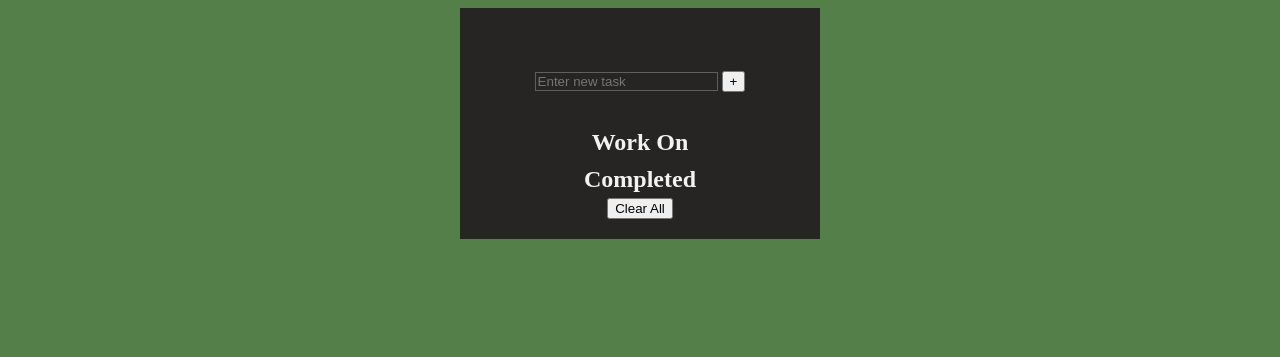
Repository: Kayla-amr/dgm_3760
Page: todoTemplate-W2/index.html
These files come from the project's save history. The page is drawn as it stood at one moment and after a run of saves; the edit follows.
The browser window is 1280 px wide. The pictures show the whole page.

Above is the page before, as saved 2022-11-08 13:07:16.
Console error: SyntaxError: Unexpected token '.'

### todoTemplate-W2/index.html
<!DOCTYPE html>
<html lang="en">

<head>
    <meta charset="UTF-8">
    <meta http-equiv="X-UA-Compatible" content="IE=edge">
    <meta name="viewport" content="width=device-width, initial-scale=1.0">
    <link rel="stylesheet" href="styles.css">
    <title>Basic Todo App</title>
</head>

<body>
    <main>
        <div class="taskForm">
            <h1 class="formTitle"></h1>
            <div>
                <input class="userInput" type="text" placeholder="Enter new task">
                <button class="addTask">+</button>
            </div>
            <p class="remainingTasks"></p>
            <h2>Work On</h2>
            <ul class='todoTasks'>
            </ul>
            <h2>Completed</h2>
            <ul class='completedTasks'>
            </ul>

            <button id="clearBtn">Clear All</button>
    </main>

    </div>
</body>
<script src="/todoTemplate-W2/index.js"></script>

</html>

### todoTemplate-W2/styles.css
body{
    background-color: #557f49;
    color: #f2f2f2;
}
main{
    display: flex;
    justify-content: center;
}
h2{
    margin: 0;
    padding: 5px;
}
.taskForm{
    background-color: #262524;
    padding: 20px;
    width: 20rem;
    display: flex;
    flex-direction: column;
    align-items: center;
}

.todoTasks{
    margin: 0;
    padding: 0;
}
.completedTasks{
    margin: 0;
    padding: 0;
}
.userInput{
    background-color: #eaaf1900;
    border: 1px solid #808080a1;
    color: #f2f2f2;
}

### todoTemplate-W2/index.js
const addBtn = document.querySelector('.addTask'); //store element object for the add task button
const todoTaskUl = document.querySelector('.todoTasks'); //get a reference to the task container UL
const completedTaskUL = document.querySelector('.completedTasks'); //get a reference to the task container UL
const clearBtn = document.querySelector('#clearBtn'); //clear button
const removeBtn = document.querySelector('.removeBtn');
const remainingTasks = document.querySelector('.remainingTasks');

let myList = [
	{
		id: 0,
		name: 'Choose photography theme',
		category: 'Homework',
		due_date: 'Tomorrow',
		status: false
	},
	{
		id: 1,
		name: 'Organize music',
		category: 'Chores',
		due_date: 'Wednesday',
		status: true
	}
];

//app title
document.querySelector('.formTitle').innerText = 'Basic App Form';

//view todods

function displayTodos(todos) {
	//clear out any tasks (li elements) that are in the UL
	todoTaskUl.innerHTML = '';
	completedTaskUL.innerHTML = '';
	//for each todo in the array, add it to the container UL
	todos.forEach(function(myTask) {
		if (myTask.status != true) {
			todoTaskUl.innerHTML += `<li data-todoId='${myTask.id}'> ${myTask.name} <button class="removeBtn" onclick="deleteTask()">-</button></li>`;

		} else {
			completedTaskUL.style.textDecoration = 'line-through';
			completedTaskUL.innerHTML += `<li data-todoId='${myTask.id}'> ${myTask.name} <button class="removeBtn" onclick="deleteTask()">-</button></li>`;
		}
	});
}

//add todos

function addTask() {
	let userInput = document.querySelector('.userInput').value;

	const newTodoObj = {
		id: myList.length + 1,
		name: userInput,
		category: null,
		due_date: null,
		status: false
	};

	myList.push(newTodoObj);
	displayTodos(myList);
}

// create a function to complete todos
function editTask() {
	const clickedTodoId = event.target.dataset.todoid;
	const todoIdx = myList.findIndex((todo) => todo.id == clickedTodoId);
	myList[todoIdx].status = !myList[todoIdx].status;
	console.log(myList);
	displayTodos(myList);
	// function will take 1 parameter (input) an id of the todo to complete
	// find the todo to complete and then change the value of status in the todo object
	//use the .findIndex method to get the index
	//then edit the object directly using bracket notation
	//IE: myList[todoIDX].status
}

//create a function to delete todos
function deleteTask() {
	const todoIdx = myList.findIndex((todo) => todo.obj == removeBtn);
	myList.splice(todoIdx, 1);
	displayTodos(myList);
	//much the same as the complete todo function
	//instead of editing the object, you will need to remove it from the array
}

function deleteComplete() {
	myList.forEach((todo, index, array) => {
		if (todo.status) {
			array.splice(index, 1);
		}
	});
}

function remaining() {
	const todoIdx = myList.findIndex((todo) => todo.id == false);
	myList[todoIdx].status =
	`You have ${todoTaskUl..length} remaining items left to be completed`;
}

remaining();
displayTodos(myList)
//for complete and delete event listeners you will need to listen for events on the UL

addBtn.addEventListener('click', (event) => {
	addTask();
});

todoTaskUl.addEventListener('click', (event) => {
	editTask();
});

completedTaskUL.addEventListener('click', (event) => {
	editTask();
});

clearBtn.addEventListener('click', (event) => {
	deleteComplete();
	displayTodos(myList);
});

//on page load, show the todos
displayTodos(myList);

After the next 2 saves:
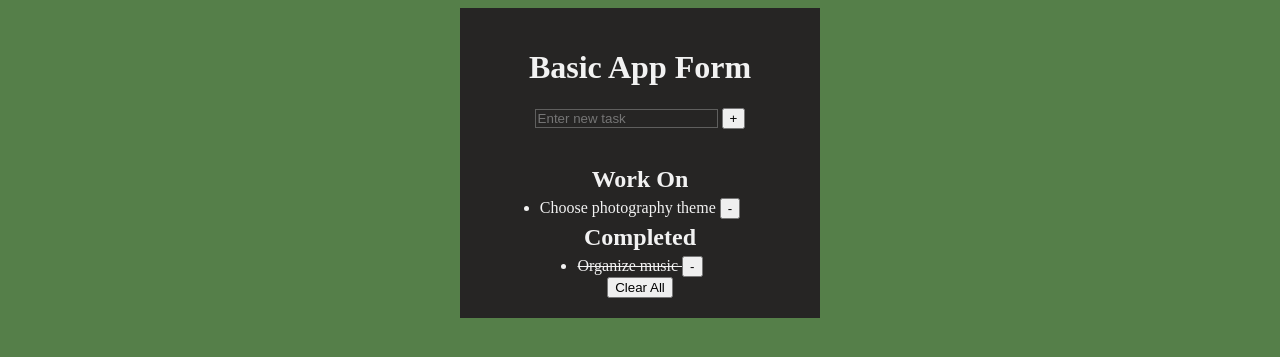
The error is gone.
The 2 saves are shown as one change because they came seconds apart.
The last was saved 11 s later.
--- a/todoTemplate-W2/index.js
+++ b/todoTemplate-W2/index.js
@@ -93,8 +93,7 @@ function deleteComplete() {
 
 function remaining() {
 	const todoIdx = myList.findIndex((todo) => todo.id == false);
-	myList[todoIdx].status =
-	`You have ${todoTaskUl..length} remaining items left to be completed`;
+	myList[todoIdx].status = `You have ${todoTaskUl.length} remaining items left to be completed`;
 }
 
 remaining();
